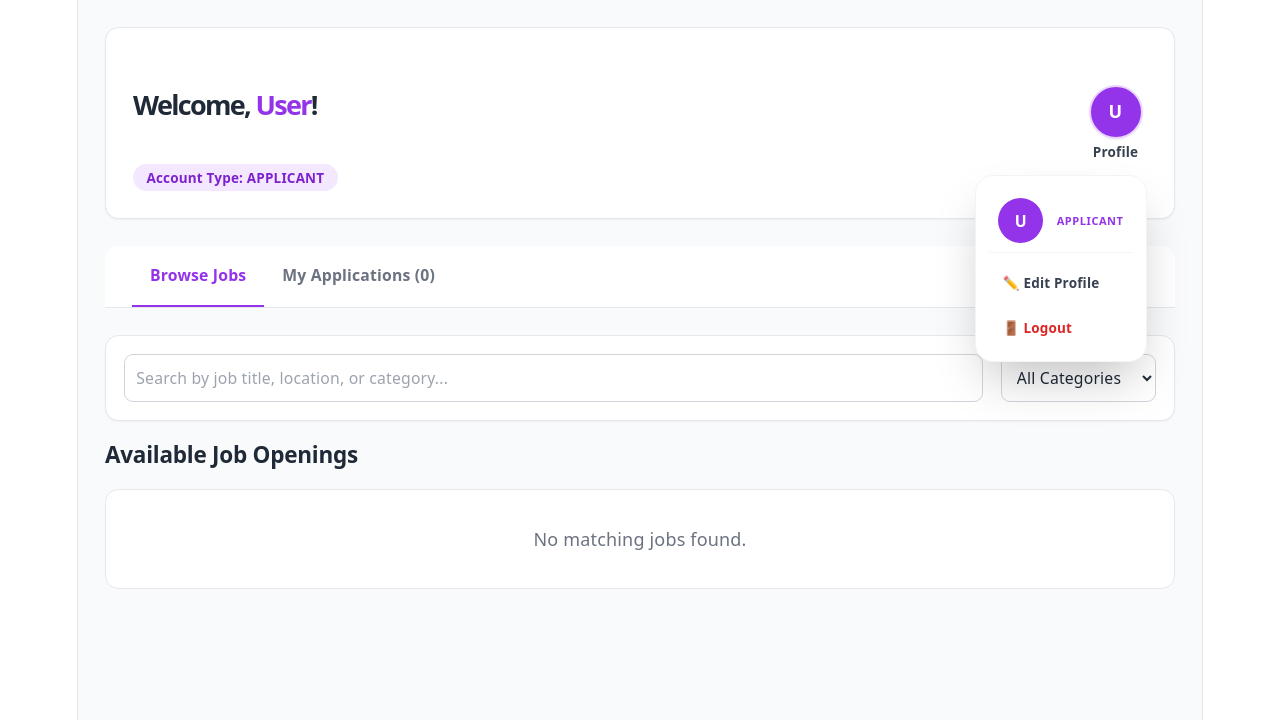
Repository: mdkawsarjomadder/job-portal
Page: /dashboard (app in job-portal/frontend/), after clicking the first element matching `button.flex`
An editor plug-in stored every save of this project. The page is shown before and after the next save, followed by the edit.
The browser window is 1280 px wide. The pictures show the whole page.
The page's requests for data from a server got no answer. The project was rebuilt for these pictures with package versions that can differ from the ones it lists, and the page was loaded fresh each time. No one was signed in, and anything a server would have sent is missing. Also part of the build but not shown: job-portal/frontend/vite.config.js, job-portal/frontend/src/pages/Login.jsx, job-portal/frontend/src/pages/Register.jsx, job-portal/frontend/src/pages/EmployerDashboard.jsx, job-portal/frontend/src/pages/MyApplications.jsx, job-portal/frontend/src/pages/CreateJob.jsx, job-portal/frontend/src/pages/Home.jsx. Imported but missing from the stored project, and not drawn on this page: job-portal/frontend/src/pages/Profile.

Above is the page before, as saved 2026-09-18 21:19:48.

After the next save:
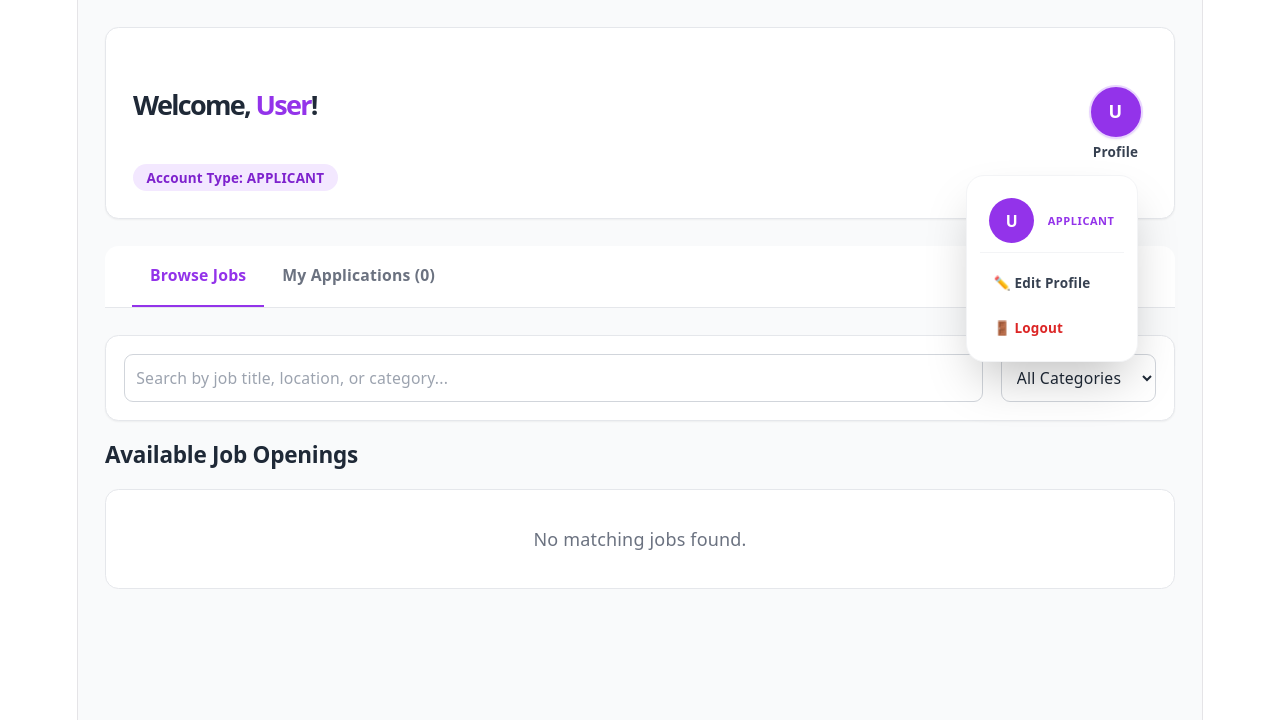
Saved 8 s later.
--- a/job-portal/frontend/src/pages/ApplicantDashboard.jsx
+++ b/job-portal/frontend/src/pages/ApplicantDashboard.jsx
@@ -228,7 +228,7 @@
 
             {/* Dropdown Menu - Position Fixed to Align Correctly */}
             {isDropdownOpen && (
-              <div className="absolute right-0 mt-2 w-50 bg-white rounded-2xl shadow-2xl border border-gray-100 p-3 z-50 transform origin-top-right transition-all">
+              <div className="absolute right-2 mt-2 w-50 bg-white rounded-2xl shadow-2xl border border-gray-100 p-3 z-50 transform origin-top-right transition-all">
                 {/* Header User Details */}
                 <div className="flex items-center gap-3 p-2 border-b border-gray-100 mb-2">
                   <div className="w-10 h-10 rounded-full bg-purple-600 text-white font-bold text-sm flex items-center justify-center overflow-hidden shrink-0">

After the save that followed:
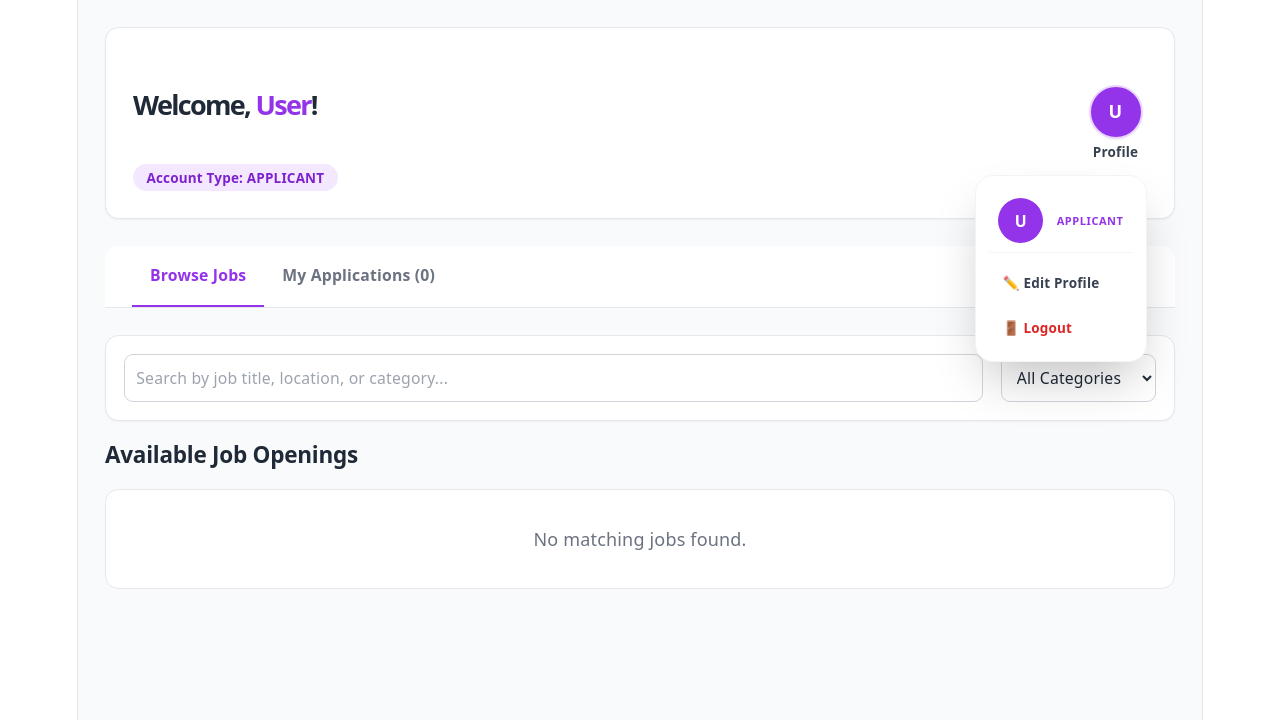
Saved 5 s later.
--- a/job-portal/frontend/src/pages/ApplicantDashboard.jsx
+++ b/job-portal/frontend/src/pages/ApplicantDashboard.jsx
@@ -228,7 +228,7 @@
 
             {/* Dropdown Menu - Position Fixed to Align Correctly */}
             {isDropdownOpen && (
-              <div className="absolute right-2 mt-2 w-50 bg-white rounded-2xl shadow-2xl border border-gray-100 p-3 z-50 transform origin-top-right transition-all">
+              <div className="absolute right-0 mt-2 w-50 bg-white rounded-2xl shadow-2xl border border-gray-100 p-3 z-50 transform origin-top-right transition-all">
                 {/* Header User Details */}
                 <div className="flex items-center gap-3 p-2 border-b border-gray-100 mb-2">
                   <div className="w-10 h-10 rounded-full bg-purple-600 text-white font-bold text-sm flex items-center justify-center overflow-hidden shrink-0">
